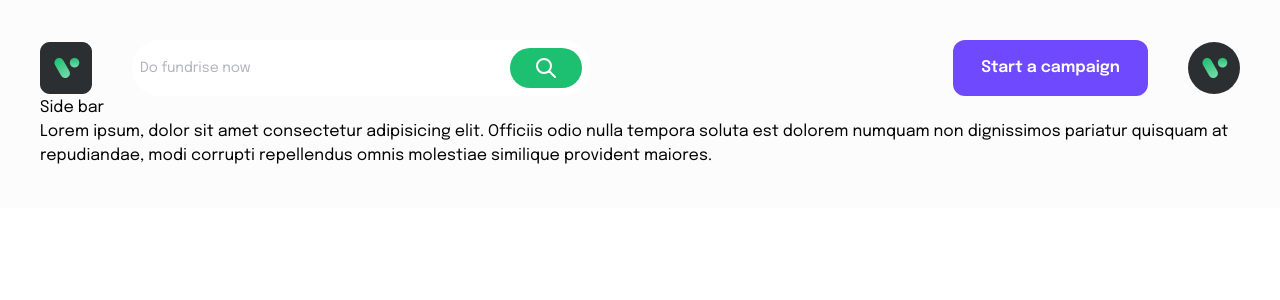
Repository: hoang0508/CrowFunding-APP
Page: /
These files come from the project's save history. The page is drawn as it stood at one moment and after the next save; the edit follows.
The browser window is 1280 px wide. The pictures show the whole page.
The project was rebuilt for these pictures with package versions that can differ from the ones it lists, and the page was loaded fresh each time. Also part of the build but not shown: src/components/common/ErrorComponent.js, src/components/button/ButtonGoogle.js. Imported but missing from the stored project, and not drawn on this page: src/store/reducers.

Above is the page before, as saved 2022-07-21 08:53:34.

### public/index.html
<!DOCTYPE html>
<html lang="en">
  <head>
    <meta charset="utf-8" />
    <link rel="icon" href="%PUBLIC_URL%/favicon.ico" />
    <meta name="viewport" content="width=device-width, initial-scale=1" />
    <meta name="theme-color" content="#000000" />
    <meta
      name="description"
      content="Web site created using create-react-app"
    />
    <link rel="apple-touch-icon" href="%PUBLIC_URL%/logo192.png" />
    <!--
      manifest.json provides metadata used when your web app is installed on a
      user's mobile device or desktop. See https://developers.google.com/web/fundamentals/web-app-manifest/
    -->
    <link rel="manifest" href="%PUBLIC_URL%/manifest.json" />
    <!--
      Notice the use of %PUBLIC_URL% in the tags above.
      It will be replaced with the URL of the `public` folder during the build.
      Only files inside the `public` folder can be referenced from the HTML.

      Unlike "/favicon.ico" or "favicon.ico", "%PUBLIC_URL%/favicon.ico" will
      work correctly both with client-side routing and a non-root public URL.
      Learn how to configure a non-root public URL by running `npm run build`.
    -->
    <link rel="preconnect" href="https://fonts.googleapis.com" />
    <link rel="preconnect" href="https://fonts.gstatic.com" crossorigin />
    <link
      href="https://fonts.googleapis.com/css2?family=Epilogue:wght@400;500;600;700&display=swap"
      rel="stylesheet"
    />
    <title>Crowfunding App</title>
  </head>
  <body>
    <noscript>You need to enable JavaScript to run this app.</noscript>
    <div id="root"></div>
    <!--
      This HTML file is a template.
      If you open it directly in the browser, you will see an empty page.

      You can add webfonts, meta tags, or analytics to this file.
      The build step will place the bundled scripts into the <body> tag.

      To begin the development, run `npm start` or `yarn start`.
      To create a production bundle, use `npm run build` or `yarn build`.
    -->
  </body>
</html>

### src/index.js
import React from "react";
import { createRoot } from "react-dom/client";
import App from "./App";
import reportWebVitals from "./reportWebVitals";
import "./index.scss";
import { Provider } from "react-redux";
import { store } from "./store/configureStore";
import { BrowserRouter } from "react-router-dom";

const container = document.getElementById("root");
const root = createRoot(container);

root.render(
  <BrowserRouter>
    <Provider store={store}>
      <App />
    </Provider>
  </BrowserRouter>
);

// If you want to start measuring performance in your app, pass a function
// to log results (for example: reportWebVitals(console.log))
// or send to an analytics endpoint. Learn more: https://bit.ly/CRA-vitals
reportWebVitals();

### src/App.js
import React, { lazy, Suspense } from "react";
import { Route, Routes } from "react-router-dom";
const SignUpPage = lazy(() => import("./pages/SignUpPage"));
const SignInPage = lazy(() => import("./pages/SignInPage"));
const DashboardPage = lazy(() => import("pages/DashboardPage"));

function App() {
  return (
    <Suspense fallback={<></>}>
      <Routes>
        <Route path="/" element={<DashboardPage />}></Route>
        <Route path="/sign-up" element={<SignUpPage />}></Route>
        <Route path="/sign-in" element={<SignInPage />}></Route>
      </Routes>
    </Suspense>
  );
}

export default App;

### src/index.scss
@tailwind base;
@tailwind components;
@tailwind utilities;
@layer base {
  body {
    @apply font-primary text-base font-normal;
    line-height: 1.5;
  }
  input {
    @apply outline-none;
  }
}

input:focus + .error-input {
  display: none;
}

### src/store/configureStore.js
import { configureStore } from "@reduxjs/toolkit";
import createSagaMiddleware from "@redux-saga/core";
import logger from "redux-logger";
import { reducer } from "./reducers";
const sagaMiddleware = createSagaMiddleware();

export const store = configureStore({
  reducer: reducer,
  middleware: (gDM) => gDM().concat(logger, sagaMiddleware),
});
// sagaMiddleware.run(rootSaga);

### src/pages/DashboardPage.js
import LayoutDashboard from "layout/LayoutDashboard";
import React from "react";

const DashboardPage = () => {
  return (
    <LayoutDashboard>
      Lorem ipsum, dolor sit amet consectetur adipisicing elit. Officiis odio
      nulla tempora soluta est dolorem numquam non dignissimos pariatur quisquam
      at repudiandae, modi corrupti repellendus omnis molestiae similique
      provident maiores.
    </LayoutDashboard>
  );
};

export default DashboardPage;

### src/components/button/index.js
export const { default: Button } = require("./Button");
export const { default: ButtonGoogle } = require("./ButtonGoogle");

### src/layout/LayoutDashboard.js
import DashboardSidebar from "modules/dashboard/DashboardSidebar";
import DashboardTopbar from "modules/dashboard/DashboardTopbar";
import React from "react";

const LayoutDashboard = ({ children }) => {
  return (
    <div className="p-10 bg-lite">
      <DashboardTopbar></DashboardTopbar>
      <div>
        <DashboardSidebar></DashboardSidebar>
        <div>{children}</div>
      </div>
    </div>
  );
};

export default LayoutDashboard;

### src/components/button/Button.js
import React from "react";
import PropTypes from "prop-types";
import classNames from "utils/className";

const Button = ({
  type,
  children,
  className = "",
  isLoading = false,
  ...rest
}) => {
  const child = !!isLoading ? (
    <div className="w-10 h-10 border-4 border-white border-t-transparent border-b-transparent rounded-full animate-spin"></div>
  ) : (
    children
  );
  return (
    <button
      type={type}
      className={classNames(
        "font-semibold p-4 rounded-xl flex justify-center items-center min-h-[56px]  text-white",
        !!isLoading ? "opacity-50 pointer-events-none" : "",
        className
      )}
      // className={`font-semibold py-4 rounded-xl flex justify-center items-center min-h-[56px]
      // ${className} text-white ${
      //   !!isLoading ? "opacity-50 pointer-events-none" : ""
      // }`}
      {...rest}
    >
      {child}
    </button>
  );
};

Button.propTypes = {
  type: PropTypes.string.isRequired,
  className: PropTypes.string,
  children: PropTypes.node,
  isLoading: PropTypes.bool,
};

export default Button;

### src/modules/dashboard/DashboardSidebar.js
import React from "react";

const DashboardSidebar = () => {
  return <div>Side bar</div>;
};

export default DashboardSidebar;

### src/modules/dashboard/DashboardTopbar.js
import { Button } from "components/button";
import React from "react";
import DashboardSearch from "./DashboardSearch";

const DashboardTopbar = () => {
  return (
    <div className="flex items-center justify-between">
      <div className="flex items-center gap-x-10 flex-1">
        <img src="/logo.png" alt="crowfunding-app" />
        <div className="w-full max-w-[458px] ">
          <DashboardSearch></DashboardSearch>
        </div>
      </div>
      <div className="flex items-center gap-x-10 flex-1 justify-end">
        <Button className="bg-secondary px-7">Start a campaign</Button>
        <img
          src="/logo.png"
          alt="crowfunding-app"
          className="rounded-full object-cover"
        />
      </div>
    </div>
  );
};

export default DashboardTopbar;

### src/utils/className.js
export default function classNames(...args) {
  return args
    .reduce((acc, val) => {
      if (typeof val === "string") {
        return acc.concat(val.split(" "));
      }
      return acc.concat(Object.values(val));
    }, [])
    .join(" ");
}

### src/modules/dashboard/DashboardSearch.js
import React from "react";

const DashboardSearch = () => {
  return (
    <div className="bg-white rounded-full shadow-[10px_10px_20px_rgba(218, 213, 213, 0.15)] p-2 flex items-center">
      <div className="flex-1">
        <input
          type="text"
          placeholder="Do fundrise now"
          className=" w-full text-sm font-normal placeholder:text-text4 text-text1"
        />
      </div>
      <button className="w-[72px] h-10 rounded-full bg-primary text-white flex items-center justify-center flex-shrink-0">
        <svg
          xmlns="http://www.w3.org/2000/svg"
          className="h-6 w-6"
          fill="none"
          viewBox="0 0 24 24"
          stroke="currentColor"
        >
          <path
            strokeLinecap="round"
            strokeLinejoin="round"
            strokeWidth={2}
            d="M21 21l-6-6m2-5a7 7 0 11-14 0 7 7 0 0114 0z"
          />
        </svg>
      </button>
    </div>
  );
};

export default DashboardSearch;

### tailwind.config.js
module.exports = {
  darkMode: "class",
  content: ["./src/**/*.{js,jsx,ts,tsx}"],
  theme: {
    extend: {
      fontFamily: {
        primary: ["Epilogue", "sans-serif;"],
      },
      colors: {
        primary: "#1DC071",
        secondary: "#6F49FD",
        text1: "#171725",
        text2: "#4B5264",
        text3: "#808191",
        text4: "#B2B3BD",
        "icon-color": "#A2A2A8",
        white: "#FFFFFF",
        whiteSoft: "#FCFBFF",
        graySoft: "#FCFCFC",
        strock: "#F1F1F3",
        lite: "#FCFCFD",
        error: "#EB5757",
        darkbg: "#13131A",
        darkSecondary: "#1C1C24",
        softDark: "#22222C",
        darkSoft: "#24242C",
        darkStroke: "#3A3A43",
      },
    },
  },
  plugins: [],
};

### src/modules/dashboard/DashboardFunc.js
import React from "react";

const DashboardFunc = () => {
  return (
    <div className="text-text2 font-semibold flex items-center gap-x-2">
      <span>Fundrising for</span>
      <span className="w-4">
        <svg
          xmlns="http://www.w3.org/2000/svg"
          className="h-6 w-6 max-w-full"
          fill="none"
          viewBox="0 0 24 24"
          stroke="currentColor"
        >
          <path
            strokeLinecap="round"
            strokeLinejoin="round"
            strokeWidth={2}
            d="M19 9l-7 7-7-7"
          />
        </svg>
      </span>
    </div>
  );
};

export default DashboardFunc;

Loaded but not shown: src/reportWebVitals.js (common file)

After the next save:
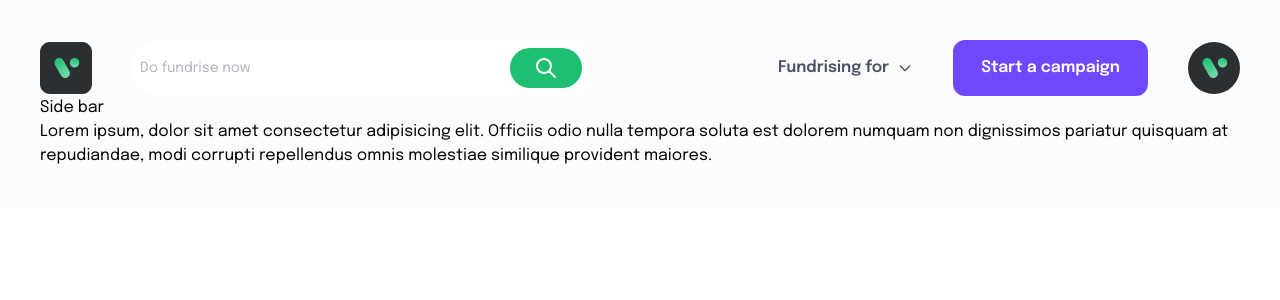
Saved 12 s later.
--- a/src/modules/dashboard/DashboardTopbar.js
+++ b/src/modules/dashboard/DashboardTopbar.js
@@ -1,5 +1,6 @@
 import { Button } from "components/button";
 import React from "react";
+import DashboardFunc from "./DashboardFunc";
 import DashboardSearch from "./DashboardSearch";
 
 const DashboardTopbar = () => {
@@ -12,6 +13,7 @@ const DashboardTopbar = () => {
         </div>
       </div>
       <div className="flex items-center gap-x-10 flex-1 justify-end">
+        <DashboardFunc></DashboardFunc>
         <Button className="bg-secondary px-7">Start a campaign</Button>
         <img
           src="/logo.png"
